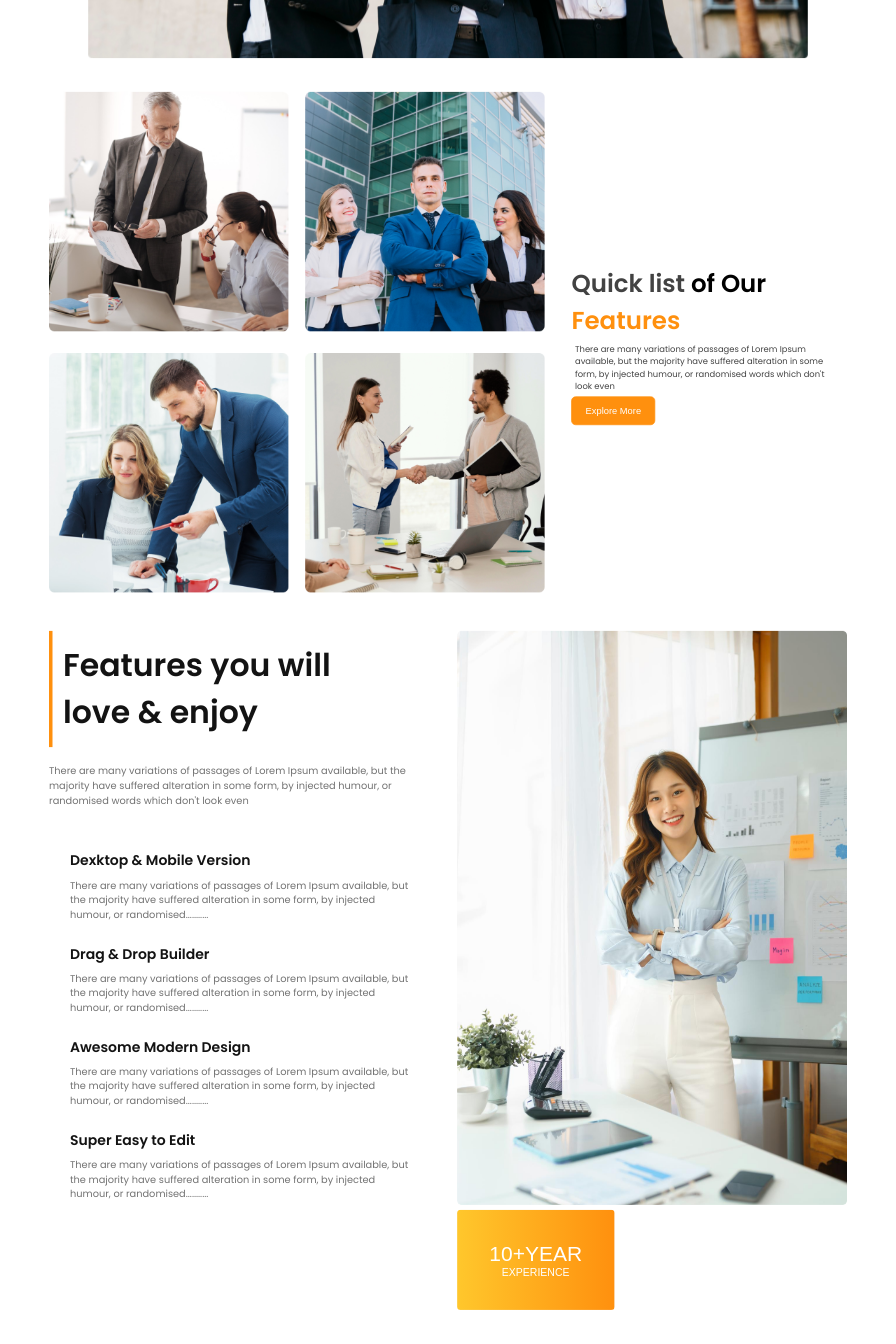
Repository: mdrubel02/G3_Architects
Page: index.html
These files come from the project's save history. The page is drawn as it stood at one moment and after the next save; the edit follows.
The browser window is 1280 px wide. The pictures show the part of the page from y = 845 to 2765 px (the page is 2765 px tall before and 2670 px after), at 70% of full size.

Above is the page before, as saved 2023-01-15 10:19:49.

### index.html
<!DOCTYPE html>
<html lang="en">

<head>
    <meta charset="UTF-8">
    <meta http-equiv="X-UA-Compatible" content="IE=edge">
    <meta name="viewport" content="width=device-width, initial-scale=1.0">
    <title>G3 Architects</title>
    <!-------- css link ---------->
    <link rel="stylesheet" href="/style.css">
</head>

<body>
    <!------------- Header section ----------->
    <header class="container">
        <nav>
            <div class="logo">
                <h2>G3 Architects</h2>
            </div>
            <ul class="navigation">
                <li><a href="">Home</a></li>
                <li><a href="">About</a></li>
                <li><a href="">Contact Us</a></li>
                <li><a href="">Login</a></li>
            </ul>
        </nav>
    </header>
    <!----------------- Banner section ---------------->
    <section class="container">
        <div class="banner_section">
            <div class="banner_left">
                <h1>Brand New Group of Architects
                </h1>
                <p>There are many variations of passages of Lorem Ipsum available, but the majority have suffered alteration in some form, by injected humour, or randomised words which don't look even</p>
                <button class="btn-primary">Explore More</button>
            </div>
            <div class="banner_right">
                <img class="banner" src="./images/banner.png" alt="">
            </div>
        </div>
    </section>
    <!------------------ Features Section----------->
    <section class="container">
        <div class="features_section">
            <div class="features_left">
                <div class="features_photos">
                    <img src="./images/team1.png" alt="">
                </div>
                <div class="features_photos">
                    <img src="./images/team2.png" alt="">
                </div>
                <div class="features_photos">
                    <img src="./images/team3.png" alt="">
                </div>
                <div class="features_photos">
                    <img src="./images/team4.png" alt="">
                </div>
            </div>
            <div class="features_right">
                <h1><span class="list">Quick list</span> <span class="our">of Our</span> <span class="feature">Features</span></h1>
                <p>There are many variations of passages of Lorem Ipsum available, but the majority have suffered alteration in some form, by injected humour, or randomised words which don't look even</p>
                <button class="btn btn-secondary">Explore More</button>
            </div>
        </div>
    </section>
    <!------------------features_destiny ----------->
    <section class="container">
        <div class="features_destiny">
            <div class="features_destiny_left">
                <div class="features_destiny_title">
                    <h1>Features you will love & enjoy</h1>
                </div>
                <p>There are many variations of passages of Lorem Ipsum available, but the majority have suffered alteration in some form, by injected humour, or randomised words which don't look even</p>
                <div class="feature_destiny_body">
                    <h3>Dexktop & Mobile Version</h3>
                    <p>There are many variations of passages of Lorem Ipsum available, but the majority have suffered alteration in some form, by injected humour, or randomised...........</p>
                    <h3>Drag & Drop Builder</h3>
                    <p>There are many variations of passages of Lorem Ipsum available, but the majority have suffered alteration in some form, by injected humour, or randomised...........</p>
                    <h3>Awesome Modern Design</h3>
                    <p>There are many variations of passages of Lorem Ipsum available, but the majority have suffered alteration in some form, by injected humour, or randomised...........</p>
                    <h3>Super Easy to Edit</h3>
                    <p>There are many variations of passages of Lorem Ipsum available, but the majority have suffered alteration in some form, by injected humour, or randomised...........</p>
                </div>

            </div>
            <div class="features_destiny_right">
                <img src="./images/architect.png" alt="">
                <button class="experience_btn"><a href="">10+Year
                    <span>Experience</span></a></button>
            </div>
        </div>
    </section>
</body>

</html>

### style.css
/* =====GOOGLE FONTS====== */
@import url('https://fonts.googleapis.com/css2?family=Poppins:wght@300;400;500;600&display=swap');

/* =====COMMON STYLES====== */
* {
    margin: 0;
    padding: 0;
    border: 0;
    outline: 0;
    list-style: none;
    text-decoration: none;
}

body {
    font-family: 'Poppins', sans-serif;
}
.container {
    max-width: 1200px;
    margin: 0 auto;
    padding: 0 30px;
    margin-bottom: 3rem;
    box-sizing: border-box;
}

a {
    color: #fff;
    transition: all 400ms ease;
}

a:hover {
    color: #fff;
}

.btn {
    text-align: center;
    width: max-content;
    display: inline-block;
    color: #fff;
    padding: 0.75rem 1.2rem;
    border-radius: 0.4rem;
    border: 1px solid #FF900E;
    transition: all 400ms ease;
    cursor: pointer;
}
.btn-secondary {
    background: #FF900E;
    color: #fff;
}
.btn:hover {
    background: #fff;
    color:  #FF900E;
    border: 1px solid  #FF900E;
}

.btn-primary {
    outline: 0;
    border: 0;
    padding: 15px 20px;
    color: #fff;
    font-size: 18px;
    text-transform: uppercase;
    border-radius: 5px;
    background-image: linear-gradient(90deg, #FF900E, #FFC72C);
    cursor: pointer;
    box-shadow:0 7px 0 #FF900E ;
    position: relative;
    top: 0;
}
.btn-primary:active{
    top: 5px;
    box-shadow:0 2px 0 #FF900E ;
}
/*<=============== style header section=================> */
nav{
    display: flex;
    justify-content: space-between;
    height: 80px;
    align-items: center;
}
.navigation{
    display: flex;
}
.navigation li{
    list-style: none;
    margin: 10px;
}
.navigation li a{
    color: #424242;
    font-size: 20px;
    font-weight: 500;
    text-decoration: none;
    padding: 15px 10px;
}
.logo h2{
    font-size: 40px;
    font-weight: 700;
    /* text-align: center; */
}
/* <=============== banner section style ===============> */
.banner_section{
    display: flex;
    flex-direction: column;
    justify-content: center;
    align-items: center;
    gap: 3rem;
}
.banner_left{
    display: flex;
    flex-direction: column;
    justify-content: center;
    align-items: center;
    text-align: center;

}
.banner_left h1{
    font-size: 50px;
    font-weight: 700;
    color: #131313;
    width: 700px;
}
.banner_left p{
    color: #727272;
    font-size: 14px;
    width: 800px;
    text-align: center;
    padding: 5px;
}
.banner_right{
    width: 100%;
    display: flex;
    overflow: hidden;
    justify-content: center;
    align-items: center;
}
.banner{
    height: 500px;
}
/* ============== Style Feature section ============= */
.features_section{
    display: grid;
    grid-template-columns: 1fr 1fr;
    gap: 2.4rem;
}
.features_left{
    display: grid;
    grid-template-columns: repeat(2, 1fr);
    gap: 1.5rem;
}
.features_right{
    display: flex;
    flex-direction: column;
    justify-content: center;
    align-items: flex-start;
}
.features_right h1{
    font-size: 35px;
    font-weight: 700;
}
.features_right p{
    color: #424242;
    font-size: 12px;
    padding: 5px;
}
.list{
    color: #424242;
}
.feature{
    color: #FF900E;
}
/*============== Style features_destiny ============== */
.features_destiny{
    display: grid;
    grid-template-columns: repeat(2, 1fr);
    gap: 2rem;
}
.features_destiny_title{
    color: #131313;
    font-size: 30px;
    width: 450px;
    font-weight: 700;
    position: relative;
    border-left: 5px solid  #FF900E;
    padding: 15px;
    margin-bottom: 24px;
}
.features_destiny_left p{
    font-size: 14px;
    color: #727272;
    margin-bottom: 30px;
}
.feature_destiny_body{
    padding: 30px;
}
.feature_destiny_body h3{
    font-size: 20px;
    font-weight: 600;
    color: #131313;
    margin-bottom: 10px;
}
.features_destiny_right{
    width: 80%;
}
.features_destiny_right img{
    width: 557px;
    height: 820px;
}
.experience_btn{
    outline: 0;
    border: 0;
    padding: 46px;
    color: #fff;
    font-size: 18px;
    text-transform: uppercase;
    border-radius: 5px;
    background-image: linear-gradient(90deg, #FFC72C, #FF900E);
    cursor: pointer;
}
.experience_btn a{
    font-size: 30px;
}
.experience_btn a span{
    font-size: 15px;
    display: block;
}

After the next save:
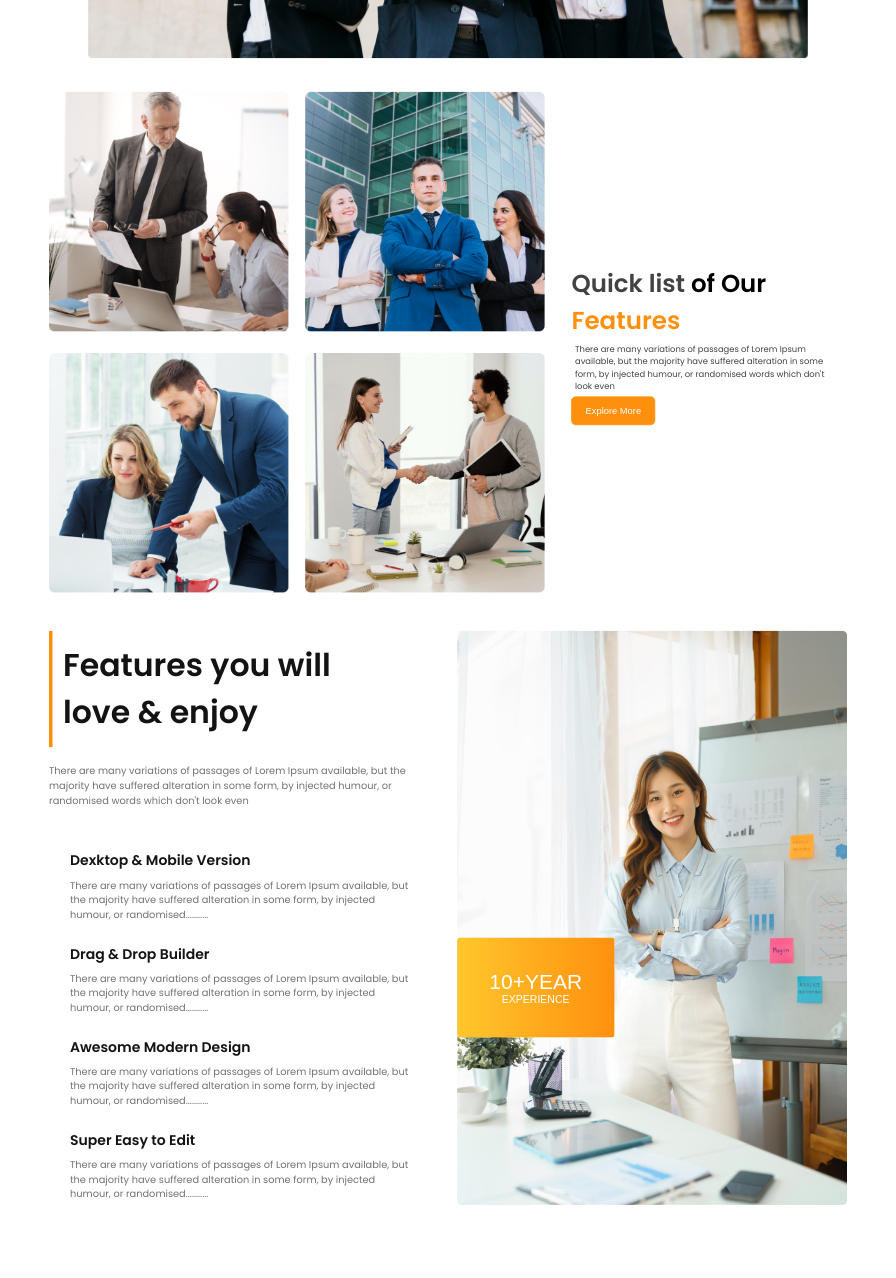
Saved 83 s later.
--- a/style.css
+++ b/style.css
@@ -199,6 +199,7 @@
 }
 .features_destiny_right{
     width: 80%;
+    position: relative;
 }
 .features_destiny_right img{
     width: 557px;
@@ -214,6 +215,9 @@
     border-radius: 5px;
     background-image: linear-gradient(90deg, #FFC72C, #FF900E);
     cursor: pointer;
+    position: absolute;
+    top: 50%;
+    left: 0;
 }
 .experience_btn a{
     font-size: 30px;
